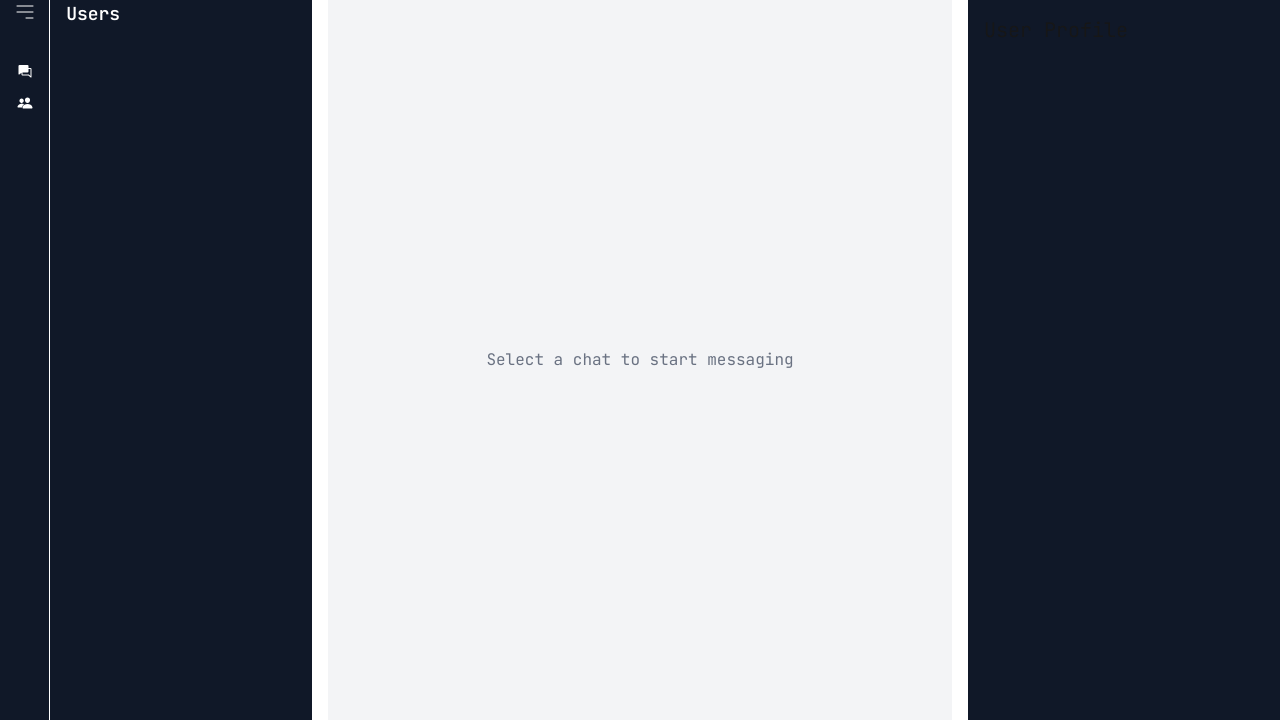
Repository: Sync-Decode/chat-app
Page: /
The author's editor kept a copy of each file at every save. The page is drawn from the files as they stood at one save, then again after the next save.
The browser window is 1280 px wide. The pictures show the whole page.
The page's requests for data from a server got no answer. The project was rebuilt for these pictures with package versions that can differ from the ones it lists, and the page was loaded fresh each time. The framework's server and built-in components were replaced by stand-ins that run in the browser. No one was signed in, and anything a server would have sent is missing. Also part of the build but not shown: next.config.mjs, src/components/Menu.jsx, src/components/Chatview.jsx.

Above is the page before, as saved 2025-06-21 16:41:18.

### src/app/layout.js
import { JetBrains_Mono } from 'next/font/google'
import './globals.css'

const jetBrains = JetBrains_Mono({
  variable: '--font-JetBrains_Mono',
  subsets: ['latin'],
})

export const metadata = {
  title: 'Lisp Chat',
  description: 'Chat and connect with fellow tweeps',
}

export default function RootLayout({ children }) {
  return (
    <html lang="en">
      <body className={`${jetBrains.className}  antialiased flex flex-col justify-center items-center w-full h-svh`}>
        {children}
      </body>
    </html>
  )
}

### src/app/page.js
'use client'
import { useIsMobile } from '@/hooks/useIsMobile'
import { useIsTablet } from '@/hooks/useIsTablet'
import { useIsDesktop } from '@/hooks/useIsDesktop'
import { useViewStore } from '@/store/store'
import { useRouter } from 'next/navigation'
import Sidebar from '@/components/Sidebar'
import Chat from '@/components/Chat'
import Profile from '@/components/Profile'
import Loading from '@/components/Loading'
const Home = () => {
  const view = useViewStore((s) => s.view)
  const setView = useViewStore((s) => s.setView)
  const isMobile = useIsMobile()
  const isTablet = useIsTablet()
  const isDesktop = useIsDesktop()
  const router = useRouter()
  const sessionTest = true

  const renderHome = () => {
    if (!sessionTest) {
      router.push('/auth/signin')
      return
    }

    if (isMobile) {
      if (view === 'sidebar') return <Sidebar />
      if (view === 'chat') return <Chat />
      if (view === 'profile') return <Profile />
      return
    }

    if (isTablet) {
      setView('chat')
      return (
        <div className="w-screen max-w-screen-2xl h-svh flex gap-4 ">
          <div className="flex-1 w-full h-full">
            <Sidebar />
          </div>

          <div className="flex-2 w-full h-full">
            {view === 'chat' && <Chat />}
            {view === 'profile' && <Profile />}
          </div>
        </div>
      )
    }


    if (isDesktop) {
      return (
        <div className="w-screen max-w-screen-2xl h-svh flex gap-4 ">
          <div className="flex-1">
            <Sidebar />
          </div>

          <div className="flex-2">
            <Chat />
          </div>

          <div className="flex-1">
            <Profile />
          </div>
        </div>
      )
    }
    return <Loading />
  }
  return renderHome()
}

export default Home

### src/app/globals.css
@import 'tailwindcss';
@tailwind base;
@tailwind components;
@tailwind utilities;

:root {
  --background: #ffffff;
  --foreground: #171717;
}

@theme inline {
  --color-background: var(--background);
  --color-foreground: var(--foreground);
  --font-sans: var(--font-geist-sans);
  --font-mono: var(--font-geist-mono);
}

@media (prefers-color-scheme: dark) {
  :root {
    --background: #0a0a0a;
    --foreground: #ededed;
  }
}

* {
  box-sizing: border-box;
  margin: 0;
  scrollbar-width: 0;
}

*::-webkit-scrollbar{
  display: none
}



@layer base {
  p {
    @apply text-sm font-light;
  }

  h6 {
    @apply text-base;
  }

  h5 {
    @apply text-lg;
  }

  h4 {
    @apply text-xl;
  }
  h3 {
    @apply text-2xl font-light;
  }
  h2 {
    @apply text-3xl;
  }
  h1 {
    @apply text-4xl;
  }
}

body {
  background: var(--background);
  color: var(--foreground);
}

### src/hooks/useIsMobile.js
'use client'
import { useEffect, useState } from 'react'

export function useIsMobile() {
  const [isMobile, setIsMobile] = useState(false)

  useEffect(() => {
    const check = () => setIsMobile(window.innerWidth < 768)
    check()
    window.addEventListener('resize', check)
    return () => window.removeEventListener('resize', check)
  }, [])

  return isMobile
}

### src/hooks/useIsTablet.js
'use client'
import { useState, useEffect } from 'react'

export const useIsTablet = () => {
  const [isTablet, setIsTablet] = useState(false)
  useEffect(() => {
    const check = () =>
      setIsTablet(window.innerWidth > 768 && window.innerWidth < 1024)
    check()
    window.addEventListener('resize', check)
    return () => window.removeEventListener('resize', check)
  }, [])
  return isTablet
}

### src/hooks/useIsDesktop.js
"use client"
import { useState, useEffect } from 'react'

export const useIsDesktop = () => {
  const [isDesktop, setIsDesktop] = useState(false)
  useEffect(() => {
    const check = () => setIsDesktop(window.innerWidth > 1024)
    check()
    window.addEventListener('resize', check)
    return () => window.removeEventListener('resize', check)
  }, [])
  return isDesktop
}

### src/store/store.js
// store/viewStore.js
import { create } from 'zustand'
import supabase from '@/lib/supabase'

//view store
export const useViewStore = create((set) => ({
  view: 'sidebar', // 'sidebar' | 'chat' | 'profile'
  setView: (view) => set({ view: view }),
}))

// login view store
export const useLoginViewStore = create((set) => ({
  loginType: 'signin',
  setLoginType: (type) => set({ loginType: type }),
}))

//session store
export const useSession = create((set) => ({
  session: null,
  hasFetchedSession: false,

  fetchSession: async () => {
    const session = supabase.auth.getSession()

    if (session) {
      await supabase.from('users').upsert({
        user_id: data.session.user.id,
        email: data.session.user.email,
        username: data.session.user.user_metadata.name || '',
        avatar_url: data.session.user.user_metadata.avatar_url || '',
      })
    }

    set({ session: session, hasFetchedSession: true })

    return null
  },
}))

//menu store
export const useMenu = create((set) => ({
  isMenuHidden: true,
  setIsMenuHidden: () =>
    set((state) => ({
      isMenuHidden: !state.isMenuHidden,
    })),
}))

// signup store
export const useSignupInfo = create((set) => ({
  username: '',
  setUsername: (username) => set({ username }),
  email: '',
  setEmail: (email) => set({ email }),
  password: '',
  setPassword: (password) => set({ password }),
}))

// users store
export const useUsersStore = create((set) => ({
  users: [],
  error: null,
  currentUserID: null,

  fetchUsers: async () => {
    try {
      const session = supabase.auth.getSession()
      const currentUserID = session.data.session?.user?.id
      set({ currentUserID })

      if (!currentUserID) {
        throw new Error('Not authenticated')
      }

      const { data, error } = await supabase
        .from('users')
        .select('user_id, username, avatar_url, is_online, email')
        .neq('user_id', currentUserID)

      if (error) throw error

      set({ users: data })
      console.log('FetchedUsers', data)
    } catch (err) {
      set({ error: err.message || 'Error fetching users' })
      console.error('Error fetching users:', err.message)
    }
  },
}))

//chat store
export const useChatStore = create((set) => ({
  selectedChatId: null,
  otherUser: null,
  setOtherUser: (user) => set({ otherUser: user }),
  setSelectedChatId: (id) => set({ selectedChatId: id }),
  setSelectedChat: (chat) => set({ selectedChat: chat }),
  fetchChat: async (chatId) => {
    try {
      const { data, error } = await supabase
        .from('chats')
        .select('*')
        .eq('chat_id', chatId)
        .single()

      if (error) throw error

      set({ selectedChat: data })
      console.log('Fetched chat:', data)
    } catch (err) {
      console.error('Error fetching chat:', err.message)
    }
  },
}))

### src/components/Sidebar.jsx
import { useMenu, useViewStore } from '@/store/store'
import { useIsMobile } from '@/hooks/useIsMobile'
import { PiChatsFill } from 'react-icons/pi'
import { IoPeople } from 'react-icons/io5'
import Menu from './Menu'
import Hamburger from './Hamburger'
import UserList from './UserList'

export default function Sidebar() {
  const setView = useViewStore((s) => s.setView)
  const isMenuHidden = useMenu((s) => s.isMenuHidden)
  const setIsMenuHidden = useMenu((s) => s.setIsMenuHidden)
  const isMobile = useIsMobile((s) => s.isMobile)

  return (
    <div className="relative w-full h-full flex  bg-gray-900 text-white">
      <div className="flex-1 flex flex-col justify-start items-center gap-8 border-r border-gray-500/">
        <div onClick={() => setIsMenuHidden((prev) => !prev)}>
          <Hamburger />
        </div>

        <div className="flex flex-col gap-4">
          <PiChatsFill width={24} height={24} />
          <IoPeople width={24} height={24} />
        </div>

        <div />
      </div>

      <div className="relative flex-5 h-full pl-4 overflow-y-auto">
        <div className="sticky top-0 flex items-center justify-between">
          <h3 className="text-lg font-semibold">Users</h3>
        </div>
        {!isMenuHidden && <Menu />}
        <UserList />
      </div>
    </div>
  )
}

### src/components/Chat.jsx
// components/Chat.js

import { useViewStore } from '@/store/store'
import { useIsMobile } from '@/hooks/useIsMobile'
import { useIsDesktop } from '@/hooks/useIsDesktop'
import { useChatStore } from '@/store/store'
import ChatView from './Chatview'
import { useEffect } from 'react'

const Chat = () => {
  //Chat panel component
  // This component serves as the main chat interface, displaying the selected chat and providing navigation options

  const selectedChatId = useChatStore((s) => s.selectedChatId)

  return (
    <div className="relative w-full h-full flex flex-col bg-gray-800 overflow-scroll ">
      <div className="relative flex-1 w-full max-h-full flex flex-col bg-gray-100">

        {selectedChatId ? (
          <ChatView chatId={selectedChatId} />
        ) : (
          <div className="flex items-center justify-center h-full text-gray-500">
            Select a chat to start messaging
          </div>
        )}
      </div>
    </div>
  )
}
export default Chat

### src/components/Profile.jsx
// components/Profile.js

import { useViewStore } from '@/store/store'
import { useIsDesktop } from '@/hooks/useIsDesktop'

export default function Profile() {
  const setView = useViewStore((s) => s.setView)
  const isDesktop = useIsDesktop()

  return (
    <div className="w-full h-full  p-4 bg-gray-900 border-0">
      <h3 className="text-xl mb-4">User Profile</h3>
      {!isDesktop && (
        <button
          onClick={() => setView('chat')}
          className="bg-yellow-600 px-4 py-2 rounded"
        >
          Back to Chat
        </button>
      )}
    </div>
  )
}

### src/components/Loading.jsx
import React from 'react'

const Loading = () => {
  return <div className="fixed top-0 left-0 w-full h-full flex flex-col justify-center items-center"><p>Loading...</p></div>
}

export default Loading

### src/lib/supabase.js
import { createClient } from '@supabase/supabase-js'

const supabaseUrl = process.env.NEXT_PUBLIC_SUPABASE_URL
const supabaseAnonKey = process.env.NEXT_PUBLIC_SUPABASE_ANON_KEY
const supabase = createClient(supabaseUrl, supabaseAnonKey)
export default supabase

### src/components/Hamburger.jsx
import { useMenu } from '@/store/store'
const Hamburger = () => {
  const isMenuHidden = useMenu((s) => s.isMenuHidden)
  return (
    <div>
      <button className="rounded-md focus:outline-none   select-none ">
        {isMenuHidden ? (
          <svg
            className="h-6 w-6 text-white"
            xmlns="http://www.w3.org/2000/svg"
            fill="none"
            viewBox="0 0 24 24"
            stroke="currentColor"
          >
            <path
              strokeLinecap="round"
              strokeLinejoin="round"
              strokeWidth={1}
              d="M4 6h16M4 12h16m-7 6h7"
            />
          </svg>
        ) : (
          <svg
            xmlns="http://www.w3.org/2000/svg"
            className="h-6 w-6 text-white"
            fill="none"
            viewBox="0 0 24 24"
            stroke="currentColor"
            strokeWidth={2}
          >
            <path
              strokeLinecap="round"
              strokeLinejoin="round"
              d="M6 18L18 6M6 6l12 12"
            />
          </svg>
        )}
      </button>
    </div>
  )
}

export default Hamburger

### src/components/UserList.jsx
import { useUsersStore } from '@/store/store'
import { IoChatbubbleEllipsesOutline } from 'react-icons/io5'
import { useEffect } from 'react'
import supabase from '@/lib/supabase'
import { useChatStore, useViewStore } from '@/store/store'

export default function UserList() {
  const setView = useViewStore((s) => s.setView)
  const users = useUsersStore((s) => s.users)
  const fetchUsers = useUsersStore((s) => s.fetchUsers)
  const setSelectedChatId = useChatStore((s) => s.setSelectedChatId)
  const setOtherUser = useChatStore((s) => s.setOtherUser)

  useEffect(() => {
    fetchUsers()
    console.log('Users :', users)
  }, [])

  useEffect(() => {
    console.log('Users fetched:', users)
  }, [users])

  const fetchMessages = async (chatId) => {
    const { data, error } = await supabase
      .from('messages')
      .select('message_id, sender_id, content, created_at, edited_at')
      .eq('chat_id', chatId)
      .order('created_at', { ascending: true })

    if (error) {
      console.error('Error fetching messages:', error.message)
      return []
    }

    return data
  }

  const handleUpsertChat = async (otherUser) => {
    const currentUserId = useUsersStore.getState().currentUserID

    if (!currentUserId || !otherUser.user_id) return

    // Step 1: Check if a chat exists with exactly these 2 members
    const { data: existingChats, error: chatFetchError } = await supabase
      .from('chat_members')
      .select('chat_id')
      .in('user_id', [currentUserId, otherUser.user_id])

    if (chatFetchError) {
      console.error('Failed to fetch chat memberships', chatFetchError)
      return null
    }

    const chatCount = existingChats.reduce((acc, curr) => {
      acc[curr.chat_id] = (acc[curr.chat_id] || 0) + 1
      return acc
    }, {})

    const existingChatId = Object.entries(chatCount).find(
      ([, count]) => count === 2
    )?.[0]

    if (existingChatId) {
      setSelectedChatId(existingChatId)
      const { data: chat } = await supabase
        .from('chats')
        .select('*')
        .eq('chat_id', existingChatId)
        .single()

      return chat
    }

    // Step 2: Create new chat
    const { data: newChat, error: createError } = await supabase
      .from('chats')
      .insert({
        type: 'dm',
        created_by: currentUserId,
      })
      .select()
      .single()

    if (createError) {
      console.error('Failed to create chat', createError)
      return null
    }

    // Step 3: Add both users to chat_members
    const { error: memberInsertError } = await supabase
      .from('chat_members')
      .insert([
        {
          chat_id: newChat.chat_id,
          user_id: currentUserId,
          role: 'admin',
        },
        {
          chat_id: newChat.chat_id,
          user_id: otherUser.user_id,
          role: 'member',
        },
      ])

    if (memberInsertError) {
      console.error('Failed to add members', memberInsertError)
      return null
    }

    return newChat
  }

  return (
    <div className="w-full h-full overflow-y-auto">
      {users.map((user) => (
        <div
          key={user.user_id}
          className="p-2 border-b  border-b-slate-700 hover:bg-gray-800"
          onClick={async () => {
            handleUpsertChat(user)
            console.log('Selected user:', user)
            setOtherUser(user)
            setView('chat')
          }}
        >
          <div className="flex p-4 items-center gap-4  cursor-pointer ">
            {user.avatar_url?.trim() ? (
              <img src={user.avatar_url} className="w-8 h-8 rounded-full" />
            ) : (
              <img
                src="/fallback-avatar.png"
                className="w-8 h-8 rounded-full"
              />
            )}

            <span>{user.username || user.email}</span>
            {user.is_online && (
              <span className="text-green-500 text-xs ml-2">● Online</span>
            )}
            <div className="self-end" onClick={() => handleUpsertChat(user)}>
              <IoChatbubbleEllipsesOutline width={32} height={32} />
            </div>
          </div>
        </div>
      ))}
    </div>
  )
}

After the next save:
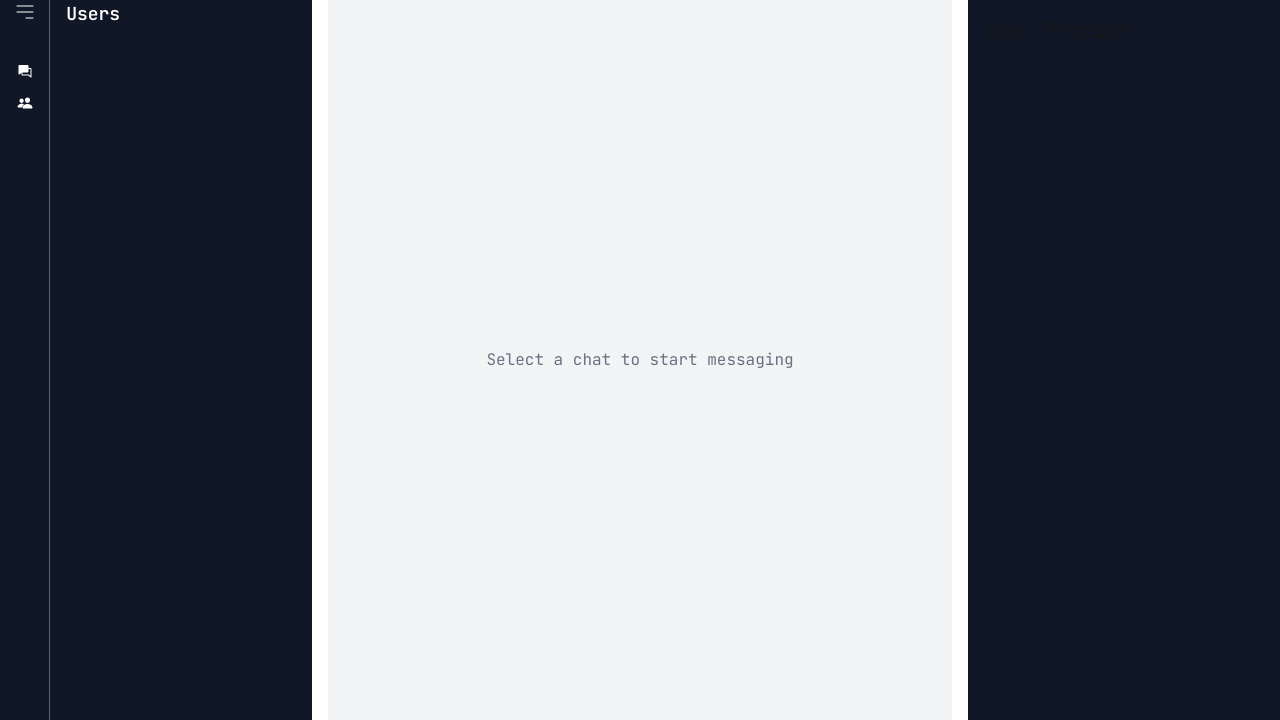
Saved 4 s later.
--- a/src/components/Sidebar.jsx
+++ b/src/components/Sidebar.jsx
@@ -14,7 +14,7 @@ export default function Sidebar() {
 
   return (
     <div className="relative w-full h-full flex  bg-gray-900 text-white">
-      <div className="flex-1 flex flex-col justify-start items-center gap-8 border-r border-gray-500/">
+      <div className="flex-1 flex flex-col justify-start items-center gap-8 border-r border-gray-500/85">
         <div onClick={() => setIsMenuHidden((prev) => !prev)}>
           <Hamburger />
         </div>
